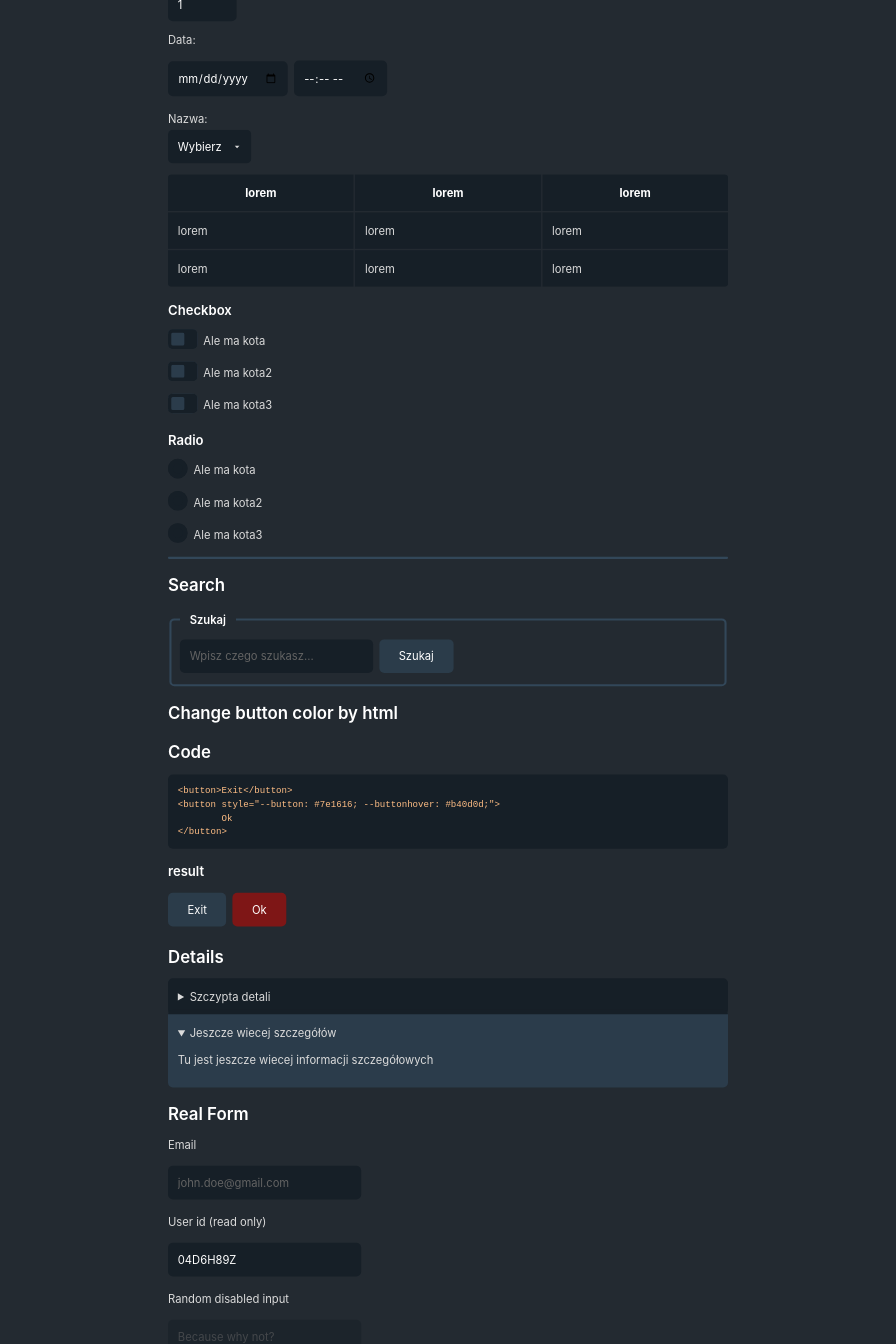
Repository: KozakBartosz/Draft
Page: index.html
These files come from the project's save history. The page is drawn as it stood at one moment and after the next save; the edit follows.
The browser window is 1280 px wide. The pictures show the part of the page from y = 2128 to 4048 px (the page is 4657 px tall before and 4579 px after), at 70% of full size.

Above is the page before, as saved 2019-04-12 09:09:05.

### index.html
<!DOCTYPE html>
<html lang="en">
	<head>
		<meta charset="UTF-8" />
		<meta name="viewport" content="width=device-width, initial-scale=1.0" />
		<meta http-equiv="X-UA-Compatible" content="ie=edge" />
		<title>Draft.css</title>
		<link rel="stylesheet" href="draft.css" />
	</head>
	<body>
		<h1><input type="checkbox" checked="checked" /> Draft.css</h1>
		<div style="float: right">
			Thema:
			<select name="" id="changethema">
				<option value="0">Defult</option>
				<option value="1">Defult mini</option>
				<option value="2">Light</option>
				<option value="3">Blood</option>
				<option value="4">Matrix</option>
			</select>
		</div>
		<h1>The most simple css framwork</h1>
		<h2>What is draft.css</h2>
		<p>
			Framwork is targeted at quickly creating prototypes of forms and
			simple template. Designed to written html code looked beautiful and
			did not require any class and non-standard elements.
		</p>
		<h2>How use</h2>
		<p>All you have to do is add this code to the head section:</p>

		<pre><code>&lt;link rel="stylesheet" href="https://kozakbartosz.pl/draft/def.css" /&gt;</code></pre>

		<h1>Examples:</h1>

		<h3>Code:</h3>

		<pre><code>&lt;label&gt;<br />&nbsp; &nbsp; Normal text: &lt;input type="text" placeholder="placeholder..." /&gt;<br />&lt;/label&gt;<br />&lt;label&gt;<br />&nbsp; &nbsp; Inpit number: &lt;input type="number" value="1"/&gt;<br />&lt;/label&gt;<br />Data:<br />&lt;p&gt;<br />&nbsp; &nbsp; &lt;input type="date" /&gt;<br />&nbsp; &nbsp; &lt;input type="time" /&gt;<br />&lt;/p&gt;<br />Commodi:<br />&lt;label&gt;<br />&nbsp; &nbsp; &lt;input type="checkbox" /&gt; facilis non?<br />&lt;/label&gt;</code></pre>
		<h3>Result:</h3>
		<label>
			Normal text
			<input type="text" placeholder="placeholder..." />
		</label>
		<label>
			Inpit number
			<input type="number" value="1" />
		</label>
		Data:
		<p>
			<input type="date" />
			<input type="time" />
		</p>
		Commodi:
		<label> <input type="checkbox" /> facilis non? </label>

		<hr />

		<h3>Code:</h3>
		<pre><code>// This logs a message to the console<br />console.log('Hello,world!')</code></pre>

		<h2>Forms</h2>

		<ul>
			<li>Lorem, ipsum dolor.</li>
			<li>Commodi, aut ipsa.</li>
			<li>Dignissimos, quibusdam nobis?</li>
			<li>Quae, in praesentium.</li>
			<li>Aut, facilis non?</li>
		</ul>
		<ol>
			<li>Lorem, ipsum dolor.</li>
			<li>Commodi, aut ipsa.</li>
			<li>Dignissimos, quibusdam nobis?</li>
			<li>Quae, in praesentium.</li>
			<li>Aut, facilis non?</li>
		</ol>
		<textarea
			name="about"
			id="about"
			placeholder="I am a textarea..."
			rows="6"
		></textarea>
		<h2>Lorem ipsum dolor sit amet.</h2>
		<label>
			Normal text
			<input type="text" />
		</label>
		<label>
			Inpit number <input type="number" / value="1">
		</label>
		Data:
		<p>
			<input type="date" />
			<input type="time" />
		</p>
		<label>
			Nazwa:
			<select name="" id="">
				<option value="">Wybierz</option>
				<option value="">jeden</option>
				<option value="">dwa</option>
				<option value="">trzy</option>
			</select>
		</label>

		<table>
			<tr>
				<th>lorem</th>
				<th>lorem</th>
				<th>lorem</th>
			</tr>
			<tr>
				<td>lorem</td>
				<td>lorem</td>
				<td>lorem</td>
			</tr>
			<tr>
				<td>lorem</td>
				<td>lorem</td>
				<td>lorem</td>
			</tr>
		</table>

		<h3>Checkbox</h3>
		<label> <input type="checkbox" /> Ale ma kota </label>

		<label> <input type="checkbox" /> Ale ma kota2 </label>

		<label> <input type="checkbox" /> Ale ma kota3 </label>

		<h3>Radio</h3>
		<label> <input type="radio" name="radio" /> Ale ma kota </label>
		<label> <input type="radio" name="radio" /> Ale ma kota2 </label>
		<label> <input type="radio" name="radio" /> Ale ma kota3 </label>

		<hr />

		<h2>Search</h2>

		<fieldset class="search">
			<legend>Szukaj</legend>
			<form action="produkty,szukaj" method="get">
				<input
					type="text"
					name="q"
					placeholder="Wpisz czego szukasz..."
				/>
				<button>Szukaj</button>
			</form>
		</fieldset>

		<h2>Change button color by html</h2>

		<h2>Code</h2>
		<pre><code>&lt;button&gt;Exit&lt;/button&gt;<br>&lt;button style="--button: #7e1616; --buttonhover: #b40d0d;"&gt;
	Ok<br>&lt;/button&gt;</code></pre>

		<h3>result</h3>
		<button>Exit</button>
		<button style="--button: #7e1616; --buttonhover: #b40d0d;">
			Ok
		</button>

		<h2>Details</h2>

		<details>
			<summary>Szczypta detali</summary>
			<p>Informacje szczegółowe na dany temat.</p>
		</details>

		<details open>
			<summary>Jeszcze wiecej szczegółów</summary>
			<p>Tu jest jeszcze wiecej informacji szczegółowych</p>
		</details>

		<h2>Real Form</h2>

		<form>
			<label for="email">Email</label>
			<input
				type="email"
				name="email"
				id="email"
				placeholder="john.doe@gmail.com"
			/>

			<label for="id">User id (read only)</label>
			<input readonly="" name="id" id="id" value="04D6H89Z" />

			<label for="disabled">Random disabled input</label>
			<input
				disabled=""
				name="disabled"
				id="disabled"
				placeholder="Because why not?"
			/>

			<label for="about">About me</label>

			<input type="checkbox" name="remember" id="remember" checked="" />
			<label for="remember">Remember me</label>

			<input type="submit" />
		</form>

		<p>
			<strong>Lorem ipsum</strong> dolor sit,
			<a href="">amet consectetur adipisicing</a> elit.
			<i>Hic nobis</i> atque eligendi voluptatum doloribus rem praesentium
			veniam quo delectus explicabo, architecto ipsam ipsa unde vitae
			excepturi iusto nesciunt placeat ducimus.
		</p>
		<p>
			Lorem ipsum dolor sit amet consectetur adipisicing elit. Enim saepe
			quisquam delectus accusantium nam recusandae obcaecati ullam, non
			neque <a href="">commodi modi tempore </a>magni magnam. Tenetur
			officiis mollitia facere libero sint.
		</p>
		<h4>Lorem ipsum dolor sit amet.</h4>
		<p>
			Lorem ipsum dolor, sit amet consectetur adipisicing elit. Possimus,
			vero quibusdam. Rerum libero nihil aspernatur, ipsam vel voluptatem
			inventore quasi. Odit, sapiente? Delectus beatae laudantium sapiente
			cupiditate et libero? Corrupti.
		</p>

		<button>Send</button>
		<script>
			var themes = [
				[
					{ brand: "#41adff" },
					{ mainbg: "#232a31" },
					{ mainpaddng: "14px" },
					{ radius: "7px" },

					{ low: "#161f27" },
					{ like: "#2b3c4b" },
					{ midi: "#324759" },
					{ hight: "#0b7392" },

					{ text: "#dbdbdb" },
					{ textContrast: "#fff" },

					{ code: "#ffbe85" },

					{ button: "#2b3c4a" },
					{ buttonhover: "#334a5e" },
					{ buttontext: "#fff" },

					{ fillhover: "#1b2731" }
				],
				[
					{ brand: "#41adff" },
					{ mainbg: "#232a31" },
					{ mainpaddng: "12px" },
					{ radius: "12px" },

					{ low: "#161f27" },
					{ like: "#2b3c4b" },
					{ midi: "#324759" },
					{ hight: "#0b7392" },

					{ text: "#dbdbdb" },
					{ textContrast: "#fff" },

					{ code: "#ffbe85" },

					{ button: "#2b3c4a" },
					{ buttonhover: "#334a5e" },
					{ buttontext: "#fff" },

					{ fillhover: "#1b2731" }
				],
				[
					{ brand: "#41adff" },
					{ mainbg: "#ffffff" },
					{ mainpaddng: "14px" },
					{ radius: "7px" },

					{ low: "#e8f1fa" },
					{ like: "#cfe2f7" },
					{ midi: "#b2cee7" },
					{ hight: "#1db5e4" },

					{ text: "#3f4646" },
					{ textContrast: "#1a1f1f" },

					{ code: "#20595f" },

					{ button: "#3dcca1" },
					{ buttonhover: "#34e0ad" },
					{ buttontext: "#fff" },

					{ fillhover: "#e8f5ff" }
				],
				[
					{ mainpaddng: "18px" },
					{ radius: "3px" },
					{ brand: "#c21a1a" },
					{ mainbg: "#312323" },

					{ code: "#ffbe85" },

					{ text: "#dbdbdb" },
					{ textContrast: "#fff" },

					{ button: "#4a2b2b" },
					{ buttonhover: "#5e3333" },
					{ buttontext: "#fff" },

					{ fillhover: "#311b1b" },

					{ low: "#271616" },
					{ like: "#4b2b2b" },
					{ midi: "#593232" },
					{ hight: "#800f0f" }
				],
				[
					{ mainpaddng: "11px" },
					{ radius: "13px" },
					{ brand: "#1ac260" },
					{ mainbg: "#233126" },

					{ code: "#c0ff85" },

					{ text: "#dbdbdb" },
					{ textContrast: "#fff" },

					{ button: "#324a2b" },
					{ buttonhover: "#385e33" },
					{ buttontext: "#fff" },

					{ fillhover: "#1b3122" },

					{ low: "#162717" },
					{ like: "#2b4b2e" },
					{ midi: "#32593f" },
					{ hight: "#0f803a" }
				]
			];

			let changethema = document.getElementById("changethema");
			let root = document.documentElement;
			changethema.addEventListener("change", e => {
				console.log(e);
				var theme = themes[e.target.value];
				theme.forEach(element => {
					var k = Object.keys(element)[0];
					root.style.setProperty("--" + k, element[k]);
				});
			});
		</script>
	</body>
</html>

### draft.css
/* TO DO */
/* <details> */
:root {
	--brand: #41adff;
	--mainbg: #232a31;
	--mainpaddng: 14px;
	--radius: 7px;

	--low: #161f27;
	--like: #2b3c4b;
	--midi: #324759;
	--hight: #0b7392;

	--text: #dbdbdb;
	--textContrast: #fff;

	--code: #ffbe85;

	--button: #2b3c4a;
	--buttonhover: #334a5e;
	--buttontext: #fff;

	--fillhover: #1b2731;
}
/*
:root {
	--brand: #41adff;
	--mainbg: #ffffff;
	--mainpaddng: 14px;
	--radius: 7px;

	--low: #e8f1fa;
	--like: #cfe2f7;
	--midi: #b2cee7;
	--hight: #1db5e4;

	--text: #3f4646;
	--textContrast: #1a1f1f;

	--code: #20595f;

	--button: #3dcca1;
	--buttonhover: #34e0ad;
	--buttontext: #fff;

	--fillhover: #e8f5ff;
} */

/* :root {
	--mainpaddng: 18px;
	--radius: 3px;
	--brand: #c21a1a;
	--mainbg: #312323;

	--code: #ffbe85;

	--text: #dbdbdb;
	--textContrast: #fff;

	--button: #4a2b2b;
	--buttonhover: #5e3333;
	--buttontext: #fff;

	--fillhover: #311b1b;

	--low: #271616;
	--like: #4b2b2b;
	--midi: #593232;
	--hight: #800f0f;
} */

/* :root {
	--mainpaddng: 11px;
	--radius: 13px;
	--brand: #1ac260;
	--mainbg: #233126;

	--code: #c0ff85;

	--text: #dbdbdb;
	--textContrast: #fff;

	--button: #324a2b;
	--buttonhover: #385e33;
	--buttontext: #fff;

	--fillhover: #1b3122;

	--low: #162717;
	--like: #2b4b2e;
	--midi: #32593f;
	--hight: #0f803a;
} */
body {
	font-family: -apple-system, BlinkMacSystemFont, "Segoe UI", "Roboto",
		"Oxygen", "Ubuntu", "Cantarell", "Fira Sans", "Droid Sans",
		"Helvetica Neue", sans-serif;
	line-height: 1.5;
	max-width: 800px;
	margin: 20px auto;
	padding: 0 var(--mainpaddng);
	color: var(--text);
	background: var(--mainbg);
	text-rendering: optimizeLegibility;
}

label {
	display: block;
}
a,
a:active,
button,
button:active,
input,
input:active,
textarea,
details,
summary,
th,
td {
	outline: none;
	box-shadow: none;
	transition: background-color 0.2s ease, box-shadow 0.2s ease,
		transform 0.2s ease;
}
h1 {
	font-size: 2.2em;
	margin-top: 0;
}
h1,
h2,
h3,
h4,
h5,
h6 {
	margin-bottom: 12px;
}
h1,
h2,
h3,
h4,
h5,
h6,
strong {
	color: var(--textContrast);
	font-weight: 600;
}
button,
input[type="submit"],
input[type="button"],
input[type="checkbox"],
input[type="radio"] {
	cursor: pointer;
	display: inline-block;
}

input,
select,
button,
textarea {
	/* display: block; */
	color: var(--textContrast);
	background-color: var(--low);
	font-family: inherit;
	font-size: inherit;
	margin: 4px 4px 6px 0;
	padding: var(--mainpaddng);
	border: none;
	border-radius: var(--radius);
	outline: none;
	-webkit-appearance: none;
	vertical-align: middle;
}
input[type="number"] {
	max-width: calc(var(--mainpaddng) * 5);
}

button:hover,
input:hover,
select:hover,
textarea:hover,
textarea:hover {
	background-color: var(--fillhover);
}

label > input,
label > select {
	display: block;
}

textarea {
	margin-right: 0;
	width: 100%;
	box-sizing: border-box;
	resize: vertical;
}
button,
input[type="submit"],
input[type="button"] {
	color: var(--buttontext);
	background-color: var(--button);
	padding: var(--mainpaddng) calc(var(--mainpaddng) * 2);
}

select {
	padding-right: calc(var(--mainpaddng) * 3);
	background: var(--low)
		url("data:[embedded picture, 198 characters]")
		100% 50%/27px 7px no-repeat;
}

input:focus,
select:focus,
button:focus,
textarea:focus {
	background-color: var(--fillhover);
	box-shadow: 0 0 0 2px var(--hight);
}

button:focus,
input[type="submit"]:focus,
input[type="button"]:focus {
	background-color: var(--buttonhover);
}

button:hover,
input[type="submit"]:hover,
input[type="button"]:hover {
	background-color: var(--buttonhover);
	box-shadow: 0 5px 20px -5px rgba(0, 0, 0, 0.35), 0 3px 0 0 var(--button);
	transform: translateY(-3px);
}
button:active {
	transform: translateY(0px);
	box-shadow: 0 5px 20px -5px rgba(0, 0, 0, 0.35);
}

input:disabled {
	cursor: not-allowed;
	opacity: 0.5;
}

input[type="radio"],
input[type="checkbox"] {
	margin-top: -2px;
	transition: background-color 0.25s ease,
		box-shadow 0.25s cubic-bezier(0.53, 1.59, 0.51, 1);
}
input[type="checkbox"] {
	background-color: var(--like);
	width: calc(var(--mainpaddng) * 3);
	box-shadow: calc(var(--mainpaddng) * -1) 0 0 calc(var(--mainpaddng) / 3)
			var(--low) inset,
		0 0 0 calc(var(--mainpaddng) / 3) var(--low) inset;
}
input[type="checkbox"]:hover,
input[type="radio"]:hover {
	background-color: var(--midi);
}
input[type="checkbox"]:focus {
	box-shadow: calc(var(--mainpaddng) * -1) 0 0 calc(var(--mainpaddng) / 3)
			var(--low) inset,
		0 0 0 calc(var(--mainpaddng) / 3) var(--low) inset,
		0 0 0 2px var(--hight);
}

input[type="radio"] {
	border-radius: 100%;
	box-shadow: 0 0 0 calc(var(--mainpaddng) / 2) var(--low) inset;
}
input[type="checkbox"]:checked,
input[type="radio"]:checked {
	box-shadow: 0 0 0 calc(var(--mainpaddng) / 3) var(--low) inset,
		0 0 0 2px var(--hight), 0 0 0 1px var(--low);
	background-color: var(--brand);
}

input[type="checkbox"]:checked {
	box-shadow: var(--mainpaddng) 0 0 calc(var(--mainpaddng) / 3) var(--low)
			inset,
		0 0 0 calc(var(--mainpaddng) / 3) var(--low) inset,
		0 0 0 2px var(--hight);
}

::placeholder {
	color: #636363;
}
a {
	text-decoration: none;
	color: var(--hight);
}
a:hover {
	text-decoration: underline;
	color: var(--brand);
}
ul,
ol,
label,
code,
p {
	margin: var(--mainpaddng) 0;
}

code,
kbd {
	background: var(--low);
	color: var(--code);
	padding: var(--mainpaddng);
	border-radius: var(--radius);
}
/* pre {
	margin: 0 calc(var(--mainpaddng) * -1);
} */
pre > code {
	display: block;
	overflow-x: auto;
}
img {
	max-width: 100%;
}
hr {
	margin: var(--mainpaddng) 0;
	border: none;
	height: 3px;
	border-radius: calc(var(--radius) / 6);
	background: var(--midi);
}
fieldset {
	border: 3px solid var(--midi);
	border-radius: var(--radius);
}
fieldset > legend {
	font-weight: 600;
	color: var(--textContrast);
	padding: calc(var(--mainpaddng) / 2) calc(var(--mainpaddng));
}

details {
	padding: var(--mainpaddng);
	border-radius: var(--radius);
	background: var(--low);
	z-index: 0;
	position: relative;
}
details + details {
	margin-top: calc(var(--radius) * -1);
	border-top: var(--radius) solid var(--low);
	/* border-radius: 0 0 var(--radius) var(--radius); */
}
details[open],
details:hover:not([open]) {
	background: var(--like);
	z-index: 1;
}
details summary {
	cursor: pointer;
	margin: calc(var(--mainpaddng) * -1);
	padding: var(--mainpaddng);
}

table {
	/* border-collapse: collapse; */
	margin: var(--mainpaddng) -2px;
	border-radius: calc(var(--radius) + 4px);
	width: calc(100% + 4px);
	overflow: hidden;
	border-spacing: 2px;
}
td,
th {
	padding: var(--mainpaddng);
	background: var(--low);
}
th {
	color: var(--textContrast);
}
tr:hover td,
tr:hover th {
	background-color: var(--fillhover);
}

After the next save:
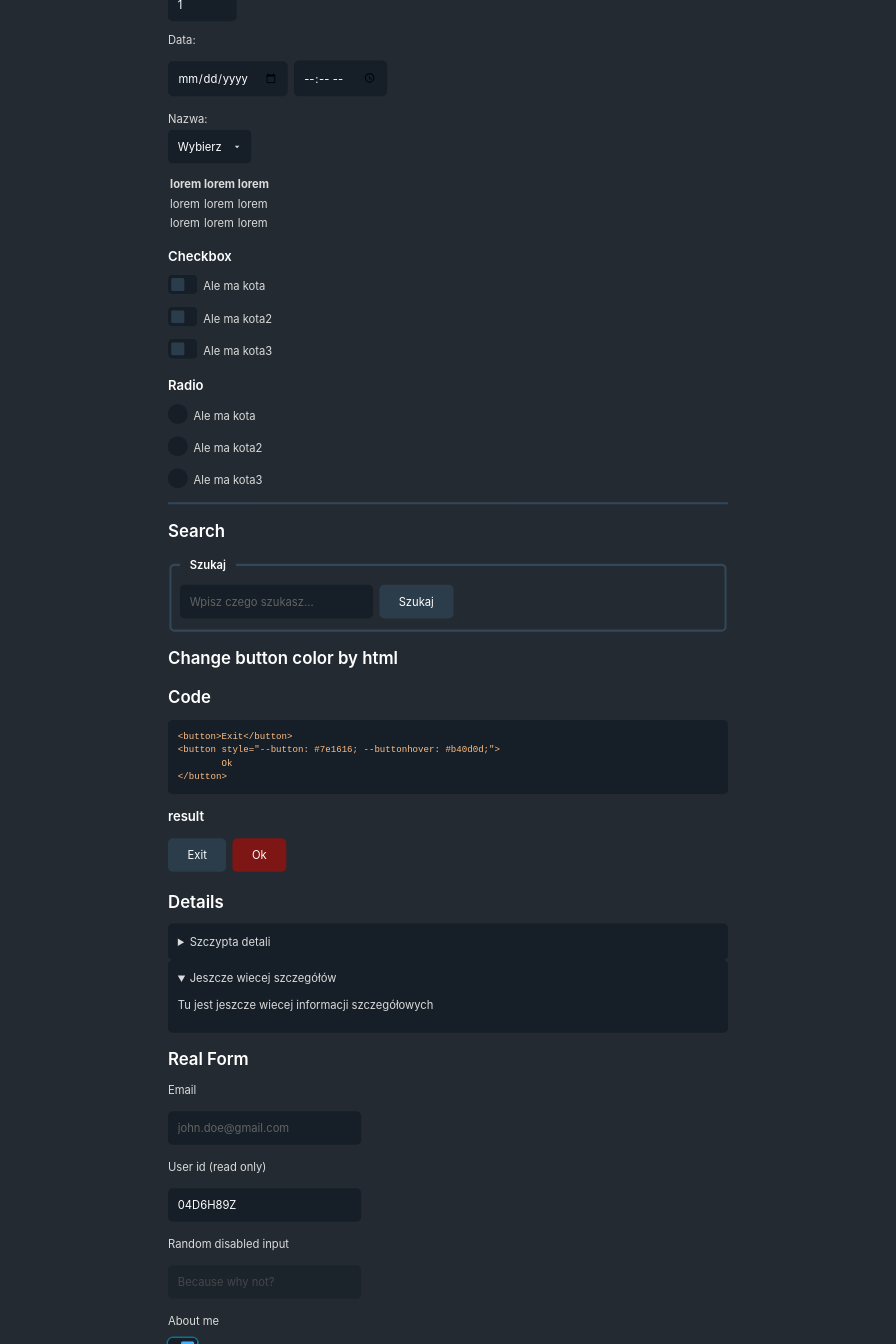
Saved 30 s later.
--- a/draft.css
+++ b/draft.css
@@ -339,9 +339,6 @@
 	padding: var(--mainpaddng);
 	border-radius: var(--radius);
 	background: var(--low);
-	z-index: 0;
-	position: relative;
-}
 details + details {
 	margin-top: calc(var(--radius) * -1);
 	border-top: var(--radius) solid var(--low);
@@ -350,7 +347,6 @@
 details[open],
 details:hover:not([open]) {
 	background: var(--like);
-	z-index: 1;
 }
 details summary {
 	cursor: pointer;

After the save that followed:
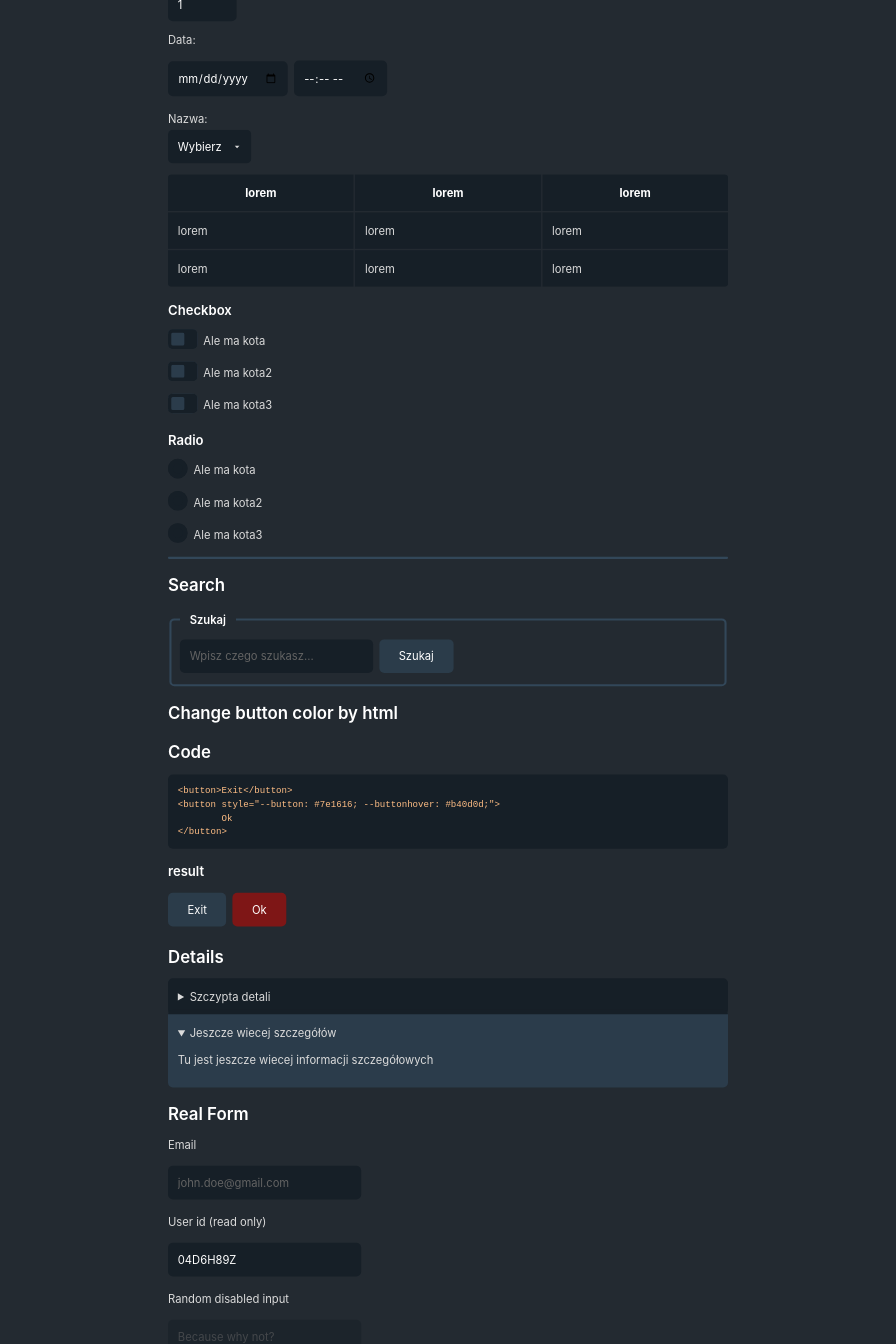
Saved 21 s later.
--- a/draft.css
+++ b/draft.css
@@ -339,6 +339,7 @@
 	padding: var(--mainpaddng);
 	border-radius: var(--radius);
 	background: var(--low);
+}
 details + details {
 	margin-top: calc(var(--radius) * -1);
 	border-top: var(--radius) solid var(--low);
@@ -347,6 +348,7 @@
 details[open],
 details:hover:not([open]) {
 	background: var(--like);
+	z-index: 1;
 }
 details summary {
 	cursor: pointer;
